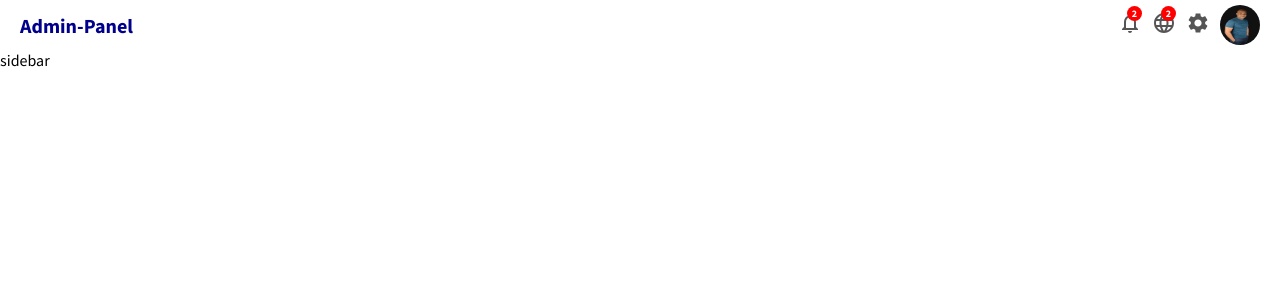
Repository: Samkiroko/admin-panel-ui
Page: /products
The author's editor kept a copy of each file at every save. The page is drawn from the files as they stood at one save, then again after the next save.
The browser window is 1280 px wide. The pictures show the whole page.
The project was rebuilt for these pictures with package versions that can differ from the ones it lists, and the page was loaded fresh each time.

Above is the page before, as saved 2021-09-22 15:25:48.

### public/index.html
<!DOCTYPE html>
<html lang="en">
  <head>
    <meta charset="utf-8" />

    <meta name="viewport" content="width=device-width, initial-scale=1" />
    <meta name="theme-color" content="#000000" />
    <meta
      name="description"
      content="Web site created using create-react-app"
    />
    <link rel="preconnect" href="https://fonts.googleapis.com" />
    <link rel="preconnect" href="https://fonts.gstatic.com" crossorigin />
    <link
      href="https://fonts.googleapis.com/css2?family=Source+Sans+Pro:wght@200;300;400;600;700;900&display=swap"
      rel="stylesheet"
    />

    <style>
      * {
        font-family: "Source Sans Pro", sans-serif;
        margin: 0;
      }
    </style>
    <title>React admin panel</title>
  </head>

  <body>
    <noscript>You need to enable JavaScript to run this app.</noscript>
    <div id="root"></div>
  </body>
</html>

### src/App.js
import Sidebar from './components/sidebar/Sidebar'
import Topbar from './components/topbar/Topbar'
import './app.css'

function App() {
  return (
    <div className='App'>
      <Topbar />
      <div className='container'>
        <Sidebar />
      </div>
    </div>
  )
}

export default App

### src/components/sidebar/Sidebar.js
import React from 'react'

const Sidebar = () => {
  return <div>sidebar</div>
}

export default Sidebar

### src/components/topbar/Topbar.js
import React from 'react'
import './topbar.css'
import { Language, NotificationsNone, Settings } from '@material-ui/icons'
import avatar from '../../images/sam_pic.jpeg'
const Topbar = () => {
  return (
    <div className='topbar'>
      <div className='topbarWrapper'>
        <div className='topLeft'>
          <span className='logo'>Admin-Panel</span>
        </div>
        <div className='topRight'>
          <div className='topbarIconContainer'>
            <NotificationsNone />
            <span className='topIconBadge'>2</span>
          </div>
          <div className='topbarIconContainer'>
            <Language />
            <span className='topIconBadge'>2</span>
          </div>
          <div className='topbarIconContainer'>
            <Settings />
          </div>
          <img src={avatar} alt='avatar' className='topAvatar' />
        </div>
      </div>
    </div>
  )
}

export default Topbar

### src/components/topbar/topbar.css
.topbar {
    width: 100%;
    height: 50px;
    background-color: white;
    position: sticky;
    top: 0;
    z-index: 999;
}

.topbarWrapper {
    height: 100%;
    padding: 0px 20px;
    display: flex;
    align-items: center;
    justify-content: space-between;
}

.logo {
    font-weight: bold;
    font-size: 20px;
    color: darkblue;
    cursor: pointer;
}

.topbarIconContainer {
    position: relative;
    align-items: center;
    margin-right: 10px;
    color: #555;
}

.topIconBadge {
    width: 15px;
    height: 15px;
    position: absolute;
    top: -5px;
    right: 0px;
    background-color: red;
    color: white;
    border-radius: 50%;
    display: flex;
    align-items: center;
    justify-content: center;
    font-size: 10px;
    font-weight: bold;
}

.topRight {
    display: flex;
    align-items: center;
    cursor: pointer;
}

.topAvatar {
    width: 40px;
    height: 40px;
    border-radius: 50%;
    cursor: pointer;
}

Loaded but not shown: src/index.js (common file); src/index.css (common file); src/app.css (common file)

After the next save:
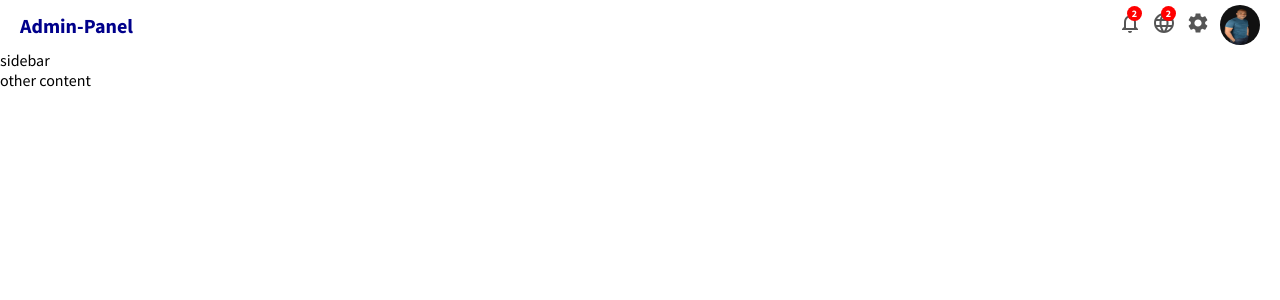
Saved 24 s later.
--- a/src/App.js
+++ b/src/App.js
@@ -8,6 +8,7 @@ function App() {
       <Topbar />
       <div className='container'>
         <Sidebar />
+        other content
       </div>
     </div>
   )
